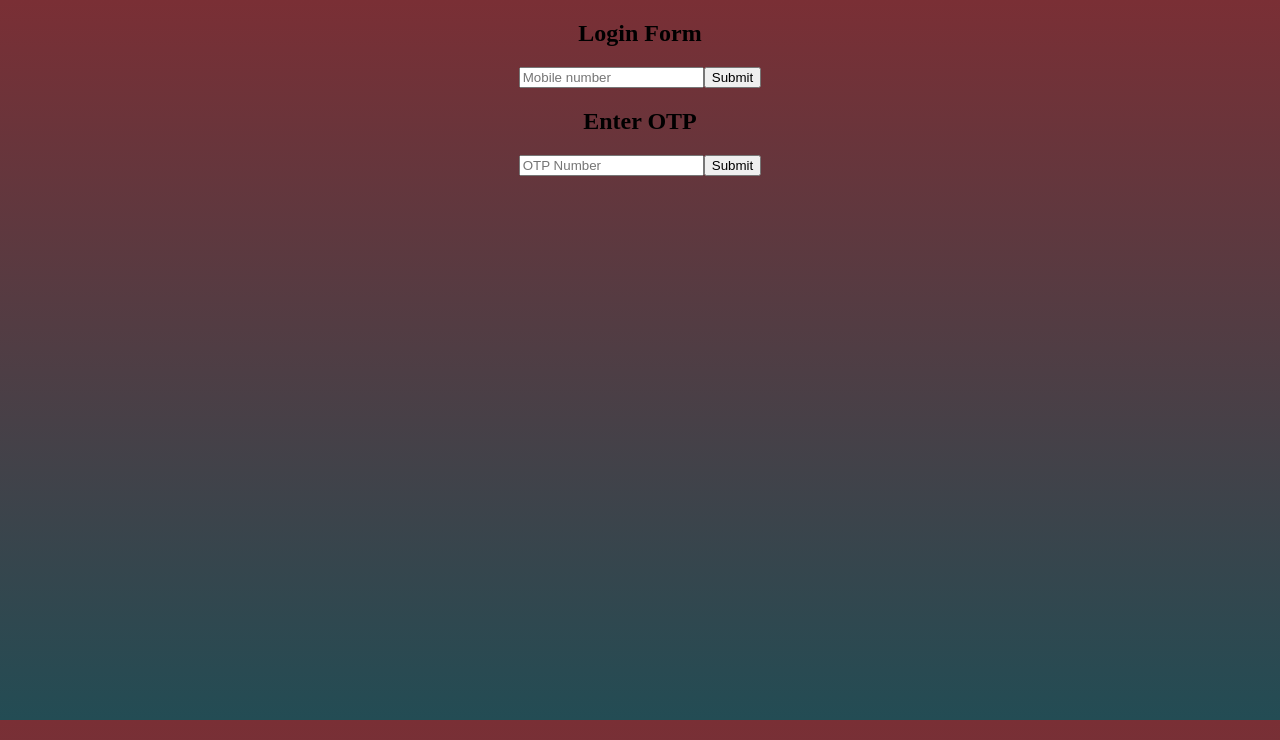
Repository: jagan607/N-Kalari
Page: /
These files come from the project's save history. The page is drawn as it stood at one moment and after the next save; the edit follows.
The browser window is 1280 px wide. The pictures show the whole page.
The project was rebuilt for these pictures with package versions that can differ from the ones it lists, and the page was loaded fresh each time. Also part of the build but not shown: src/App.css, src/components/wallet/index.css.

Above is the page before, as saved 2022-01-07 15:15:09.

After the next save:
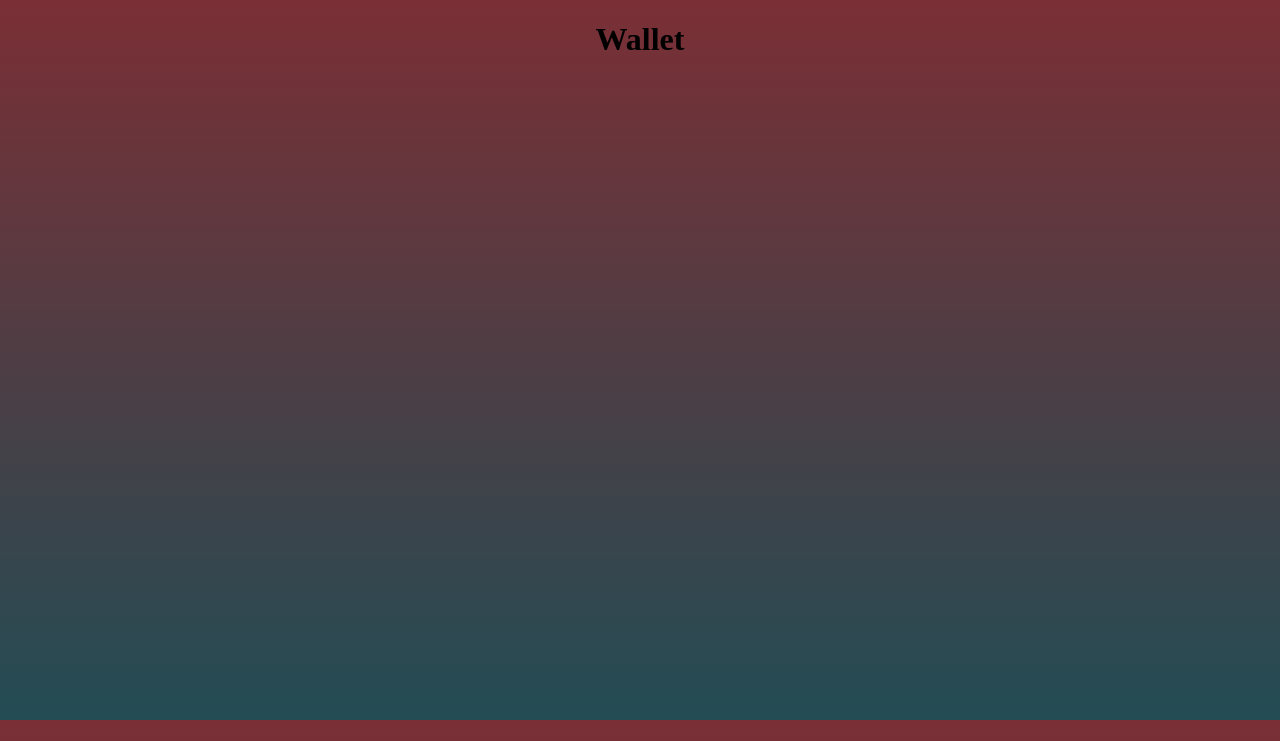
Saved 9 min 15 s later.
--- a/src/App.js
+++ b/src/App.js
@@ -15,9 +15,9 @@ class App extends Component {
   render() {
     return(
       <div>
-        <Login></Login>
+        {/* <Login></Login> */}
 
-        {/* <Wallet></Wallet> */}
+        <Wallet></Wallet>
 
           {/* <Route exact path="/">
           </Route> */}
